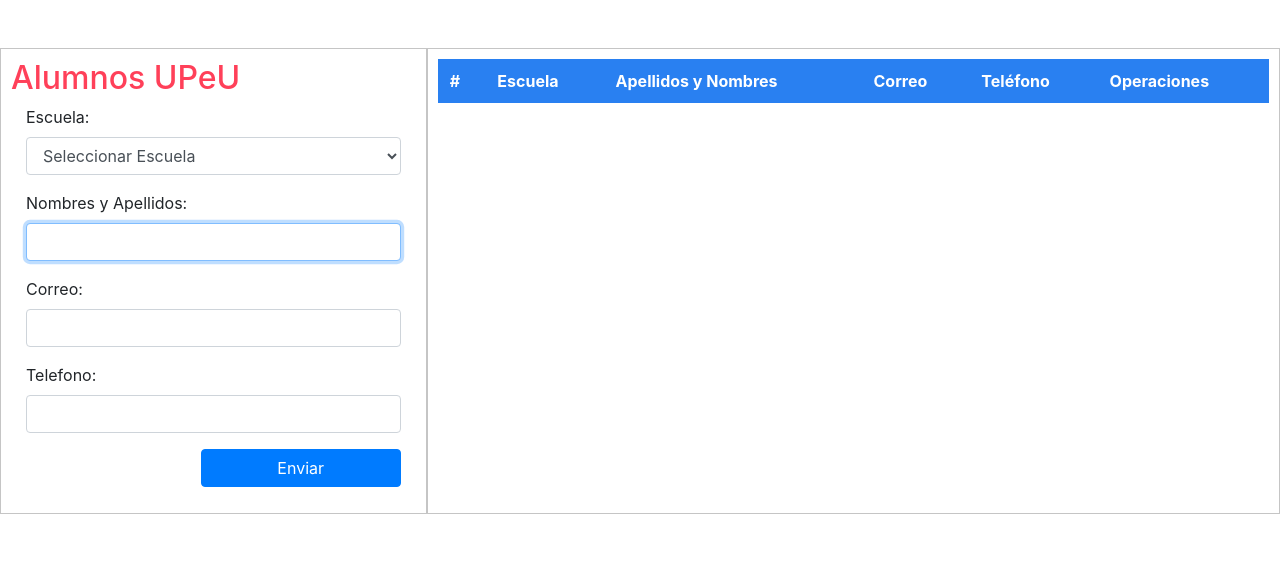
Repository: JosueMoron120/CasoBaseDatos
Page: Josue_proyecto/WebContent/index.html
These files come from the project's save history. The page is drawn as it stood at one moment and after the next save; the edit follows.
The browser window is 1280 px wide. The pictures show the whole page.
The page's requests for data from a server got no answer. Some web libraries are served in a nearby version.

Above is the page before, as saved 2020-06-22 15:56:44.

### Josue_proyecto/WebContent/index.html
<html>
<head>
<meta charset="ISO-8859-1">
<title>Insert title here</title>
<link rel="stylesheet"
	href="https://use.fontawesome.com/releases/v5.8.1/css/all.css"
	integrity="sha384-50oBUHEmvpQ+1lW4y57PTFmhCaXp0ML5d60M1M7uH2+nqUivzIebhndOJK28anvf"
	crossorigin="anonymous">
<link href="recursos/css/bootstrap.min.css" rel="stylesheet">
<link href="recursos/css/estilos.css" rel="stylesheet">

</head>
<body>
	<div class="container c mt-5 ">
		<div class="row">
			<div class="m col-md-4">
                <header><h2>Alumnos UPeU</h2></header>
				<div class="container">
					<div class="form-group">
						<label for="a">Escuela:</label>
						<select class="form-control" id="escuela"><!--cat-->
							<option>Selecccionar Escuela</option>
						</select>
					</div>
					<div class="form-group">
						<label for="a">Nombres y Apellidos:</label> <input type="text"
							class="form-control" name="nombre" id="nombre"> <!--prod-->
					</div>
					<div class="form-group">
						<label for="a">Correo:</label> <input type="text" class="form-control" name="correo" id="correo">
					</div> <!--precio-->
					<div class="form-group">
						<label for="a">Telefono:</label> <input type="text"
							class="form-control" name="telefono" id="telefono" >
							<input type="hidden" name="id" id="id" value="0">
					</div><!--cant-->
					<div class="d-flex justify-content-end form-group">
						<button id="boton" class="btn btn-primary">Enviar</button>
					</div>
				</div>
			</div>
			<div class="m col-md-8" >
				<table class="table table-borderless" id="tablita">
					<thead class="thead">
						<tr>
							<th scope="col">#</th>
							<th scope="col">Escuela</th>
							<th scope="col">Apellidos y Nombres</th>
							<th scope="col">Correo</th>
							<th scope="col">Teléfono</th>
							<th scope="col" colspan="2">Operaciones</th>
						</tr>
					</thead>
					<tbody class="tbody">
					</tbody>
				</table>
			</div>
		</div>
	</div>

	<script type="text/javascript" src="recursos/js/jquery-3.5.1.min.js"></script>
	<script type="text/javascript" src="recursos/js/popper.min.js"></script>
	<script type="text/javascript" src="recursos/js/bootstrap.min.js"></script>
	<script type="text/javascript" src="recursos/js/bootbox.min.js"></script>
	<script type="text/javascript" src="recursos/js/bootbox.locales.min.js"></script>
	<script type="text/javascript" src="recursos/js/jquery.numeric.js"></script>
	<script type="text/javascript" src="recursos/js/script.js"></script>

</body>
</html>

### Josue_proyecto/WebContent/recursos/css/estilos.css
@charset "ISO-8859-1";
.c {
    max-width: 1300px;
    margin: auto;
}
.m{
	min-width: 400px;
	padding: 10px;
	border: 1px solid #c5c5c5;
}
header h2{
    color: rgb(255, 64, 89);
}
#boton{
    width: 200px;
}
.thead{
    background-color: rgb(41, 128, 241);
    color: white;
}
.tbody{
    color:rgb(40, 116, 238) ;
}

### Josue_proyecto/WebContent/recursos/js/script.js

$(document).ready(function(){
listarAlumno();
listarEscuela(0)
limpiar();
});

$("#boton").click(function(){
	var escuela= $("#escuela").val();
	var nombres = $("#nombre").val();
	var correo= $("#correo").val();
	var celular = $("#telefono").val();
	var id = $("#id").val();
	if(id==0){
		$.post( "hc", {escuela :escuela,nombres:nombres,correo:correo,celular:celular, opc:3}).done(function(data){
			limpiar();
			listarEscuela(0)
			listarAlumno();
			});
	}else{
		bootbox.confirm("Desea Modificar?", function(result) {
		if(result){
		 	bootbox.alert("Registro Modificado Correctamente...!", function() {
			$.post( "hc", {idescuela :escuela, nombre:nombre, correo:correo, telefono:telefono, ida:id, opc:6}).done(function(data){
				$("#id").val(0);
				limpiar();
				listarEscuela(0)
				listarAlumno();
			});
		 	});
		}else{
	    	bootbox.alert("El registro no se Modifico...!");
	    	limpiar();
			listarEscuela(0)
			listarAlumno();
	    }});
	}
});
function listarEscuela(x){
	var i, c =1;
	$("#escuela").empty().append('<option selected="selected" value="test">Seleccionar Escuela</option>')
		$.get("hc", {opc : "1"},
		function(data) {
		var d = JSON.parse(data);
		for (i = 0; i < d.length; i++) {
			if (x == d[i].idescuela) {
				$("#escuela").append(
						"<option selected='selected' value='" + d[i].idescuela + "'>"
								+ d[i].nombre_escuela + "</option>");
			} else {
				$("#escuela").append(
						"<option value='" + d[i].idescuela + "'>"
								+ d[i].nombre_escuela + "</option>");
			}
		}
	});
}

function listarAlumno(){
	var i, c =1;
	$.get("hc",{opc:"2"},function(data){
		var d = JSON.parse(data);
		$('#tablita tbody').empty();
		for(i=0;i<d.length;i++){
			$("#tablita tbody").append("<tr><td style='color:blue'>"+c+"</td><td>"+d[i].nombre_escuela+"</td><td>"+d[i].nombre+"</td><td>"+d[i].correo+"</td><td>"+d[i].telefono+
			"</td><td><a href='#' style='color:green' onclick='modificar("+d[i].idalumno+")'><i class='far fa-edit'></i></a></td><td><a href='#' style='color:red' onclick='eliminar("+d[i].idalumno+")'><i class='far fa-trash-alt'></i></a></td></tr>")
			c++;
		}
	});
}

function eliminar(id){
	bootbox.confirm("Desea Eliminar?", function(result) {
    if(result){
    	bootbox.alert("Registro Eliminado Correctamente...!", function() {
    		$.get("hc",{id:id,opc:5},function(data){
     			limpiar();
    			listarEscuela(0);
    			listarAlumno();
		});
    	});

    }else{
    	bootbox.alert("El registro no se Elimino...!")
    }});
}
function modificar(id){
	$.post("hc",{id:id,opc:4},function(data){
		var x = JSON.parse(data);
		$("#nombre").val(x[0].nombre);
		$("#correo").val(x[0].correo);
		$("#telefono").val(x[0].telefono);
		$("#id").val(x[0].idalumno);
		listarEscuela(x[0].idescuela);
	});
}
function limpiar(){
	$("#nombre").val("");
	$("#correo").val("");
	$("#telefono").val("");
	$("#nombre").focus();
}

Loaded but not shown: Josue_proyecto/WebContent/recursos/css/bootstrap.min.css (library); Josue_proyecto/WebContent/recursos/js/jquery-3.5.1.min.js (library); Josue_proyecto/WebContent/recursos/js/popper.min.js (library); Josue_proyecto/WebContent/recursos/js/bootstrap.min.js (library); Josue_proyecto/WebContent/recursos/js/bootbox.min.js (library); Josue_proyecto/WebContent/recursos/js/bootbox.locales.min.js (library); Josue_proyecto/WebContent/recursos/js/jquery.numeric.js (library)

After the next save:
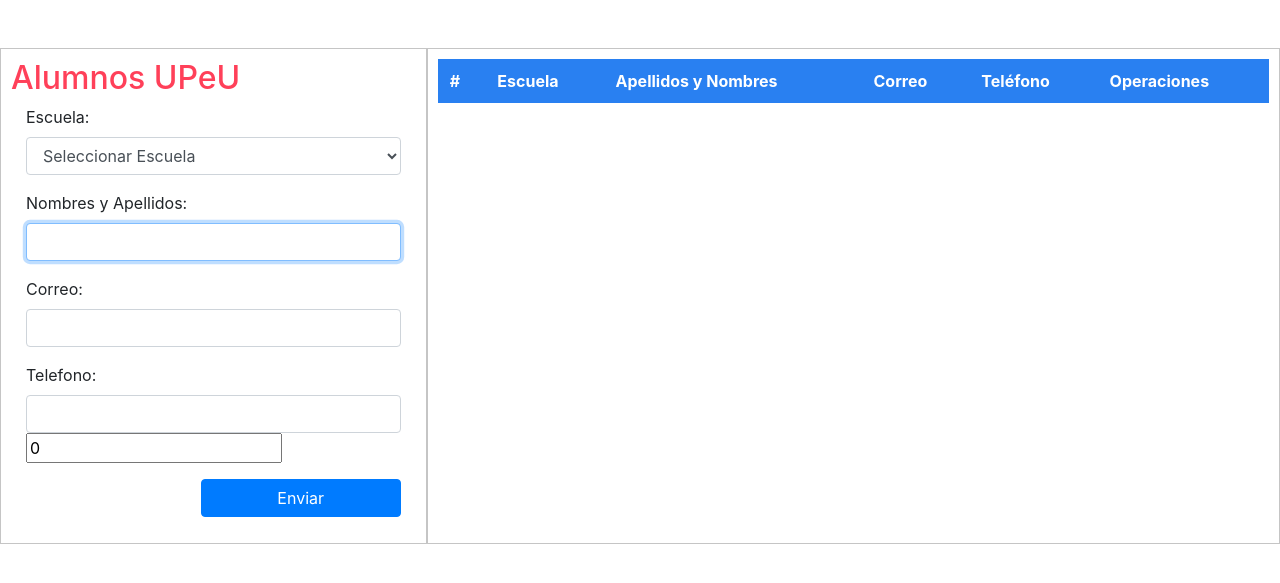
Saved 100 s later.
--- a/Josue_proyecto/WebContent/index.html
+++ b/Josue_proyecto/WebContent/index.html
@@ -32,7 +32,7 @@
 					<div class="form-group">
 						<label for="a">Telefono:</label> <input type="text"
 							class="form-control" name="telefono" id="telefono" >
-							<input type="hidden" name="id" id="id" value="0">
+							<input type="text" name="id" id="id" value="0">
 					</div><!--cant-->
 					<div class="d-flex justify-content-end form-group">
 						<button id="boton" class="btn btn-primary">Enviar</button>
